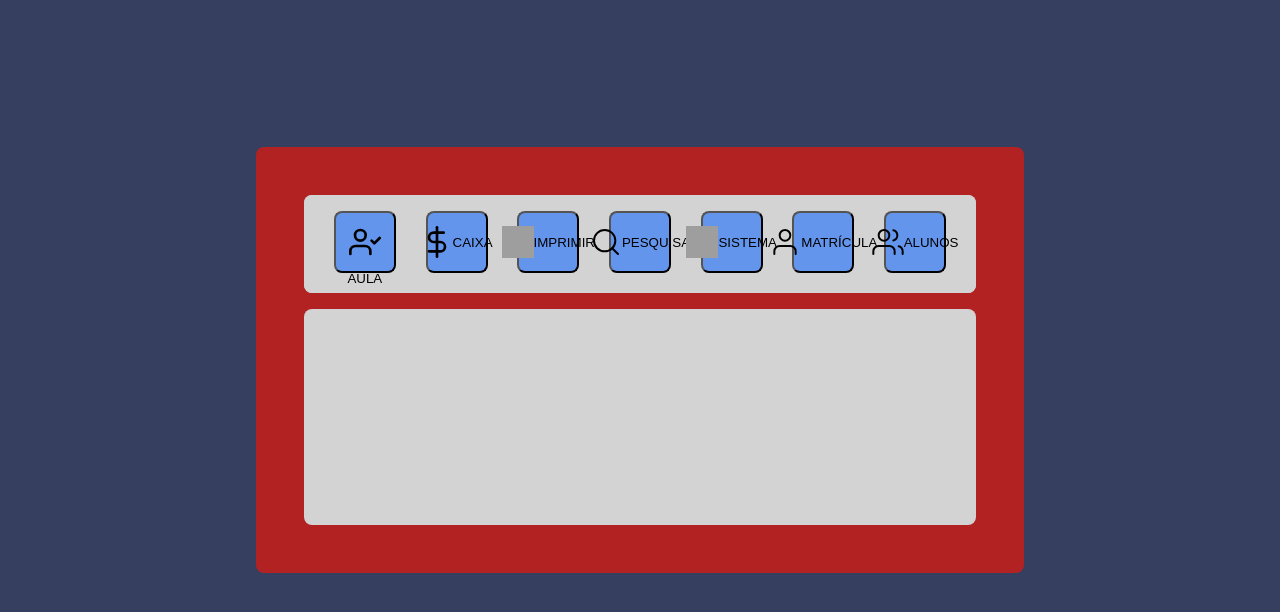
Repository: samantaProspero/projeto_integrador
Page: Versão Atual/PI_Vanila/index.html
An editor plug-in stored every save of this project. The page is shown before and after the next save, followed by the edit.
The browser window is 1280 px wide. The pictures show the whole page.
Pictures or frames that could not be fetched are drawn as grey boxes.

Above is the page before, as saved 2021-11-06 12:39:36.
Not found: Versão Atual/PI_Vanila/js/script.js

### Versão Atual/PI_Vanila/index.html
<!DOCTYPE html>
<html lang="pt-BR">
<head>
  <meta charset="UTF-8">
  <meta http-equiv="X-UA-Compatible" content="IE=edge">
  <meta name="viewport" content="width=device-width, initial-scale=1.0">
  <link rel="stylesheet" type="text/css" href="_css/global.css">
  <link rel="stylesheet" type="text/css" href="_css/style.css">
  <title>D Lions</title>
</head>
<body id="home-container">
  <section class="home-content">
    <nav class="home-icons">
      <div class="home-header-painel">
        <div class="home-buttons">
          <button class="icon">
            <div class="home-button" >
              <img id=aula src="assets/icons/aula.svg">
            </div>
            <p>AULA</p>
          </button>
          <button class="icon">
                        <div class="home-button" >

            <img id=caixa src="assets/icons/dollar.svg">

                <p>CAIXA</p>
          </button>
          <button class="icon">
                        <div class="home-button" >

            <img id=imprimir src="assets/icons/printer.
            svg">
                <p>IMPRIMIR</p>
          </button>
          <button class="icon">
                        <div class="home-button" >

            <img id=pesquisa src="assets/icons/search.svg">

                <p>PESQUISA</p>
          </button>
          <button class="icon">
                        <div class="home-button" >

            <img id=sistema src="assets/icons/settings.
            svg">
                <p>SISTEMA</p>
          </button>
          <button class="icon">
                        <div class="home-button" >

            <img id=matricula src="assets/icons/user.svg">

                <p>MATRÍCULA</p>
          </button>
          <button class="icon">
                        <div class="home-button" >

            <img id=alunos src="assets/icons/users.svg">

                <p>ALUNOS</p>
          </button>
        </div>
      </div>

    </nav>
    <div class="lista-alunos">
      <!-- <form id="form-login" action="">
        <div class="input-container">
          <label for="login">Login: </label>
          <input type="text" name="login" id="login">
        </div>
        <div class="input-container">
          <label for="senha">Senha:</label>
          <input type="text" name="senha" id="senha">
        </div>
        <div id="buttons-div">
        <input type="button" value="Login">
        <input type="button" value="Sair">
        </div>
      </form> -->
    </div>
  </section>
  <script src="js/script.js"></script>
</body>
</html>

    <!-- <Container>
      <Content>
        <Icons>
          <Buttons>
            <button type="button" onClick={()=> {}}>
              <Icon>
                <img src={user} alt="matricula" />
              </Icon>
              <p>MATRÍCULA</p>
            </button>
            <button type="button" onClick={()=> {}}>
              <Icon>
                <img src={users} alt="alunos" />
              </Icon>
              <p>ALUNOS</p>
            </button>
            <button type="button" onClick={()=> {}}>
              <Icon>
                <img src={aula} alt="aula" />
              </Icon>
              <p>AULA</p>
            </button>
            <button type="button" onClick={()=> {}}>
              <Icon>
                <img src={dollar} alt="caixa" />
              </Icon>
              <p>CAIXA</p>
            </button>
            <button type="button" onClick={()=> {}}>
              <Icon>
                <img src={printer} alt="print" />
              </Icon>
              <p>IMPRIMIR</p>
            </button>
            <button type="button" onClick={()=> {}}>
              <Icon>
                <img src={search} alt="pesquisa" />
              </Icon>
              <p>PESQUISA</p>
            </button>
            <button type="button" onClick={()=> {}}>
              <Icon>
                <img src={settings} alt="sistema" />
              </Icon>
              <p>SISTEMA</p>
            </button>
          </Buttons>
        </Icons>
        <ListaAlunos>
          {/* <table>
            <thead>
              <th>Código</th>
              <th>Nome</th>
              <th>Telefone</th>
              <th>Email</th>
            </thead>
            <tbody></tbody>
            <tr>
              <td>{cliente[0].codigo}</td>
              <td>{cliente[0].nome}</td>
              <td>{cliente[0].telefone}</td>
              <td>{cliente[0].email}</td>
            </tr>
            <tr>
              <td>{cliente[1].codigo}</td>
              <td>{cliente[1].nome}</td>
              <td>{cliente[1].telefone}</td>
              <td>{cliente[1].email}</td>
            </tr>
          </table> */}
        </ListaAlunos>
      </Content>
    </Container> -->

### Versão Atual/PI_Vanila/_css/global.css
  :root{
    --red: #E52E4D;
    --green: #33CC95;
    --blue: #5429CC;
    --blue-light: #6933FF;
    --text-title: #363F5F;
    --text-body: #969CB2;
    --background: #f0f2f5;
    --shape: #FFFFFF;
    --primary_dark: #363F5F;
  --secondary_dark: #000000;
    --primary: #FF0000;
    --bg_home: #B22222;
    --bg_cadastro:#A52A2A;
    --icon: #6495ED;
    --bg_frame: #D3D3D3;
  }
  /* font verdana 8 bold */

  *{
    margin: 0;
    padding: 0;
    box-sizing: border-box;
  }

  /* // font-size: 16px (Desktop) */
  html{
    @media (max-width: 1080px){
      font-size: 93.75%; //15px
    }
    @media (max-width: 720px){
      font-size: 87.5%;  //14px
    }
  }
  /* //REM = 1rem = 16px */
  body{
    background: var(--primary_dark);
    -webkit-font-smoothing: antialiased;
  }

  body, input, textarea, button {
    font-family: 'Poppins', sans-serif;
    font-weight: 400;
  }

  h1, h2, h3, h4, h5, h6, strong {
    font-weight: 600;
  }

  button {
    cursor: pointer;
  }



  /* [disabled] {
    opacity: 0.6;
    cursor: not-allowed;
  }

  .react-modal-overlay{
    background: rgba(0,0,0,0.5);
    position: fixed;

    top: 0;
    bottom: 0;
    right: 0;
    left: 0;

    display: flex;
    align-items: center;
    justify-content: center;
  }

  .react-modal-content{
    width: 100%;
    max-width: 576px;
    background: var(--background);
    padding: 3rem;
    position: relative;
    border-radius: 0.25rem;
  }

  .react-modal-close{
    position: absolute;
    right: 1.5rem;
    top: 1.5rem;
    border: 0;
    background: transparent;
    transition: 0.2s; */

    /* &:hover{
      filter: brightness(0.9)
    }
  } */

### Versão Atual/PI_Vanila/_css/style.css
#home-container {
width: 100vw;
height: 100vh;
background-color: var(--primary_dark);
display: flex;
/* flex-direction: column; */
align-items: center;
justify-content: center;
}
.home-content {
width: 60vw;
max-width: 1000px;
/* margin: 0 auto; */
display: flex;
flex-direction: column;
justify-content: center;
align-items: center;
padding: 3rem;
border-radius: 8px;
background-color: var(--bg_home);
}
.home-icons {
width: 100%;
/* display: flex; */
/* flex-direction: rows; */
/* justify-content: center; */
/* align-items: flex-start; */
}
.home-header-painel {
  width: 100%;
  background-color: var(--bg_frame);
  display: flex;
  flex-direction: row;
  flex: 1;
  justify-content: space-between;
  align-items: center;
  border-radius: 8px;
}
.home-buttons {
width: 100%;
background-color: var(--bg_frame);
display: flex;
justify-content: space-around;
align-items: flex-start;
padding: 15px;
border-radius:  8px;

padding-top: 0.7rem;
}
.home-buttons button{
  width: 62px;
  height: 62px;
  margin: 5px;
  border-radius:  8px;
  background-color: var(--icon);
}
.home-button{
width: 100%;
height: 100%;
display: flex;
align-items: center;
justify-content: center;
}
.home-button img{
width: 2rem;
height: 2rem;
};


.home-buttons p{
    font-weight: bold;
    font-size: 10px;
    padding-top: 5px;
  }


.lista-alunos {
width: 100%;
height: 30vh;
background-color: var(--bg_frame);
display: flex;
justify-content: center;
align-items: flex-start;
border-radius: 8px;
margin-top: 1rem;
padding-top: 1rem;
}

After the next save:
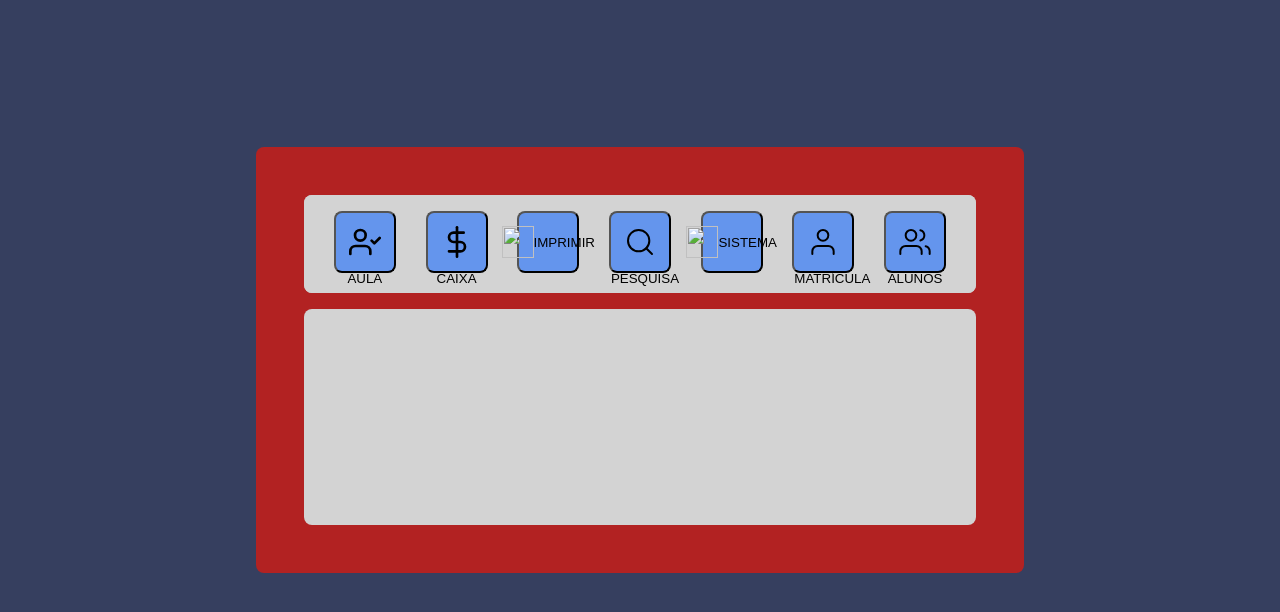
Saved 4 s later.
--- a/Versão Atual/PI_Vanila/index.html
+++ b/Versão Atual/PI_Vanila/index.html
@@ -23,42 +23,42 @@
                         <div class="home-button" >
 
             <img id=caixa src="assets/icons/dollar.svg">
-
+            </div>
                 <p>CAIXA</p>
           </button>
           <button class="icon">
                         <div class="home-button" >
 
             <img id=imprimir src="assets/icons/printer.
-            svg">
+            </div>svg">
                 <p>IMPRIMIR</p>
           </button>
           <button class="icon">
                         <div class="home-button" >
 
             <img id=pesquisa src="assets/icons/search.svg">
-
+            </div>
                 <p>PESQUISA</p>
           </button>
           <button class="icon">
                         <div class="home-button" >
 
             <img id=sistema src="assets/icons/settings.
-            svg">
+            </div>svg">
                 <p>SISTEMA</p>
           </button>
           <button class="icon">
                         <div class="home-button" >
 
             <img id=matricula src="assets/icons/user.svg">
-
+            </div>
                 <p>MATRÍCULA</p>
           </button>
           <button class="icon">
                         <div class="home-button" >
 
             <img id=alunos src="assets/icons/users.svg">
-
+            </div>
                 <p>ALUNOS</p>
           </button>
         </div>
